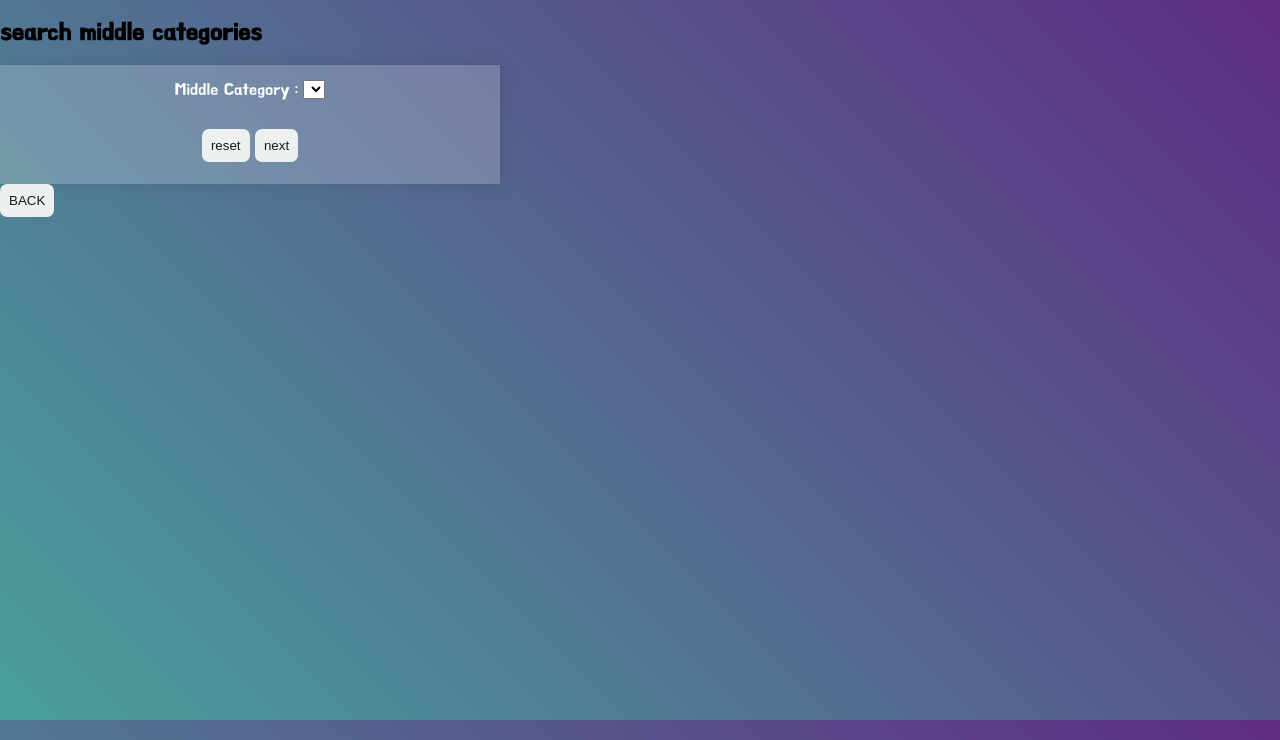
Repository: MIR013/KNU_DB_Project_Team5
Page: http://localhost/Databaase/search_category_middle.jsp
An editor plug-in stored every save of this project. The page is shown before and after the next save, followed by the edit.
The browser window is 1280 px wide. The pictures show the whole page.
The page is served by Tomcat 9. Queries for data that is not in the repository find no rows.

Above is the page before, as saved 2018-11-22 11:19:50.

### dbphase/Databaase/WebContent/search_category_middle.jsp
<%@ page language="java" contentType="text/html; charset=UTF-8"
    pageEncoding="UTF-8"%>
<%@ page language="java" import="java.text.*,java.sql.*" %>
<!DOCTYPE html>
<html>
<head>
<meta charset="UTF-8">
<title>Insert title here</title>
<link rel='stylesheet' type='text/css' href='mystyle.css'>
</head>
<body>

<h2>search middle categories</h2>
<%
String serverIP = "localhost";
String dbName = "phase2";
String portNum = "3306";
String url = "jdbc:mysql://" + serverIP + ":" + portNum + "/" + dbName;
String user = "knu";
String pass = "comp322";
Connection conn = null;

Class.forName("com.mysql.jdbc.Driver");
conn = DriverManager.getConnection(url,user,pass);
PreparedStatement pstmt;
ResultSet rs;
ResultSetMetaData rsmd;
int cnt;
String query;
conn.setAutoCommit(false);
%>

<%
	String lcat = request.getParameter("largeCat");
	query = "SELECT distinct Middle_category FROM CATEGORY WHERE Large_category = '" + lcat + "'";
	pstmt = conn.prepareStatement(query);
	rs = pstmt.executeQuery();
	out.print("<form action = search_category_small.jsp method = 'POST'> <table>");

	//large check box
	out.print("	<tr> <td>Middle Category : <select name=\"MiddleCat\">");
	while(rs.next()){
		out.print("<option value=\"");
		String cat = rs.getString(1);
		out.print(cat);
		out.print("\">"+cat+"</option>");

	}
	out.print("</select></td></td>");

	out.print("<input type=\"hidden\" name = \"largecat\" value = "+lcat+" />");
	out.print("<tr>	<td><input type=\"reset\" value=\"reset\"/> <input type=\"submit\" value=\"next\"/> </td> </tr>");
	out.print("</table></form>");
%>


<%
String nextpage = "<form action=\"main_page.jsp\" method=\"POST\">" +
			"<input type=\"submit\" value=\"BACK\"/>" +
			"</form>";
out.print(nextpage);
%>
</body>
</html>

### dbphase/Databaase/WebContent/mystyle.css


@font-face{
	font-family:"hanna";
	src:url("hanna.ttf")format("truetype");
}




input {
   /* width: 18%;*/
    text-align: center;

    padding: 1ex;
    border: 2px solid #ECF0F1;
    transition: border ease 500ms;
    border-radius: 1ex;
    background: #ECF0F1;
    color: #181818;

    &:focus {
      outline: none;
      border: 2px solid #3498DB;
    }

    &:not(:last-child) {
      margin-bottom: 1ex;
    }
}
button {
   color: white;
   border: 2px solid #3498DB;
   background: #3498DB;
}

html,
body {
	height: 100%;
}


body {
	margin: 0;
	background: linear-gradient(45deg, #49a09d, #5f2c82);
	font-family: hanna;
	font-weight: 100;
}

.container {
	height:800px;
	overflow: auto;
	position: absolute;
	top: 50%;
	left: 50%;
	transform: translate(-50%, -50%);
}

table {
	width: 500px;
	overflow: hidden;
	border-collapse: collapse;
	box-shadow: 0 0 20px rgba(0,0,0,0.1);
}

th,
td {
	white-space:nowrap;
	text-align: center;
	padding: 15px;
	background-color: rgba(255,255,255,0.2);
	color: #fff;
	margin-left: auto; margin-right: auto;
}

th {
	text-align: center;
}

thead {
	th {
		background-color: #55608f;
	}
}

tbody {
	tr {
		&:hover {
			background-color: rgba(255,255,255,0.3);
		}
	}
	td {
		position: relative;
		&:hover {
			&:before {
				content: "";
				position: absolute;
				left: 0;
				right: 0;
				top: -9999px;
				bottom: -9999px;
				background-color: rgba(255,255,255,0.2);
				z-index: -1;
			}
		}
	}
}

After the next save:
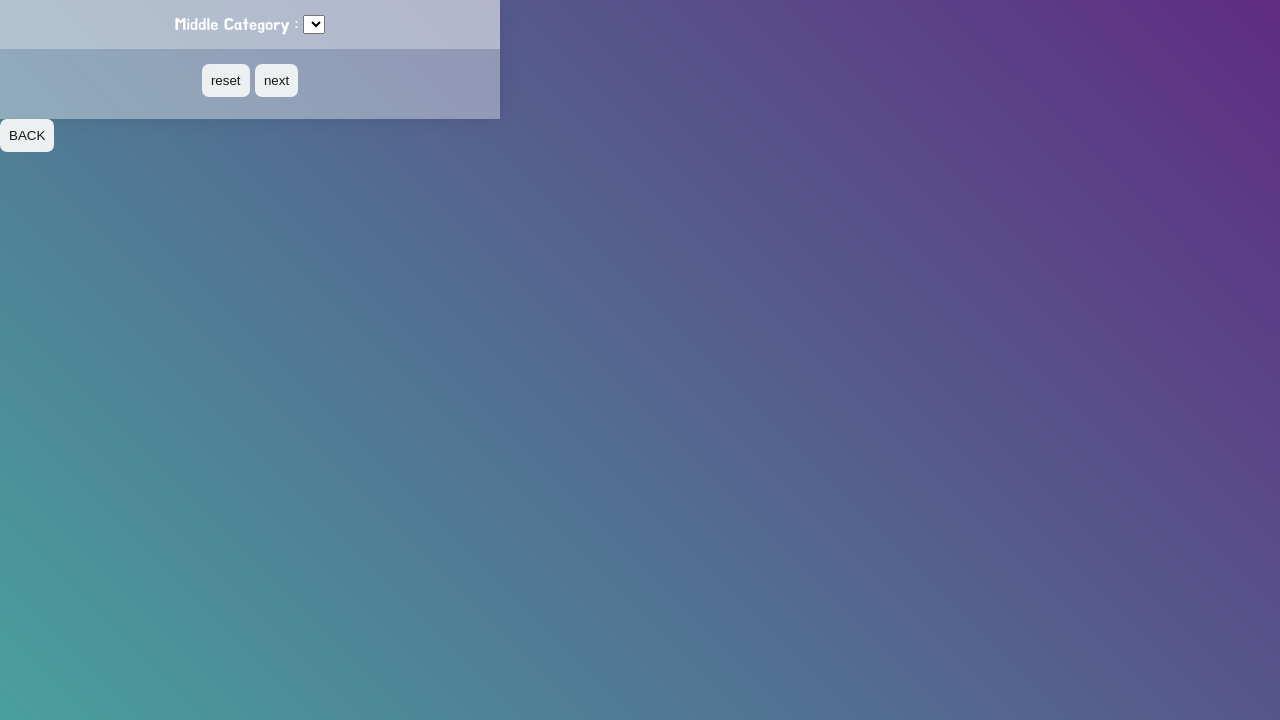
Saved 7 s later.
--- a/dbphase/Databaase/WebContent/search_category_middle.jsp
+++ b/dbphase/Databaase/WebContent/search_category_middle.jsp
@@ -10,7 +10,6 @@
 </head>
 <body>
 
-<h2>search middle categories</h2>
 <%
 String serverIP = "localhost";
 String dbName = "phase2";
